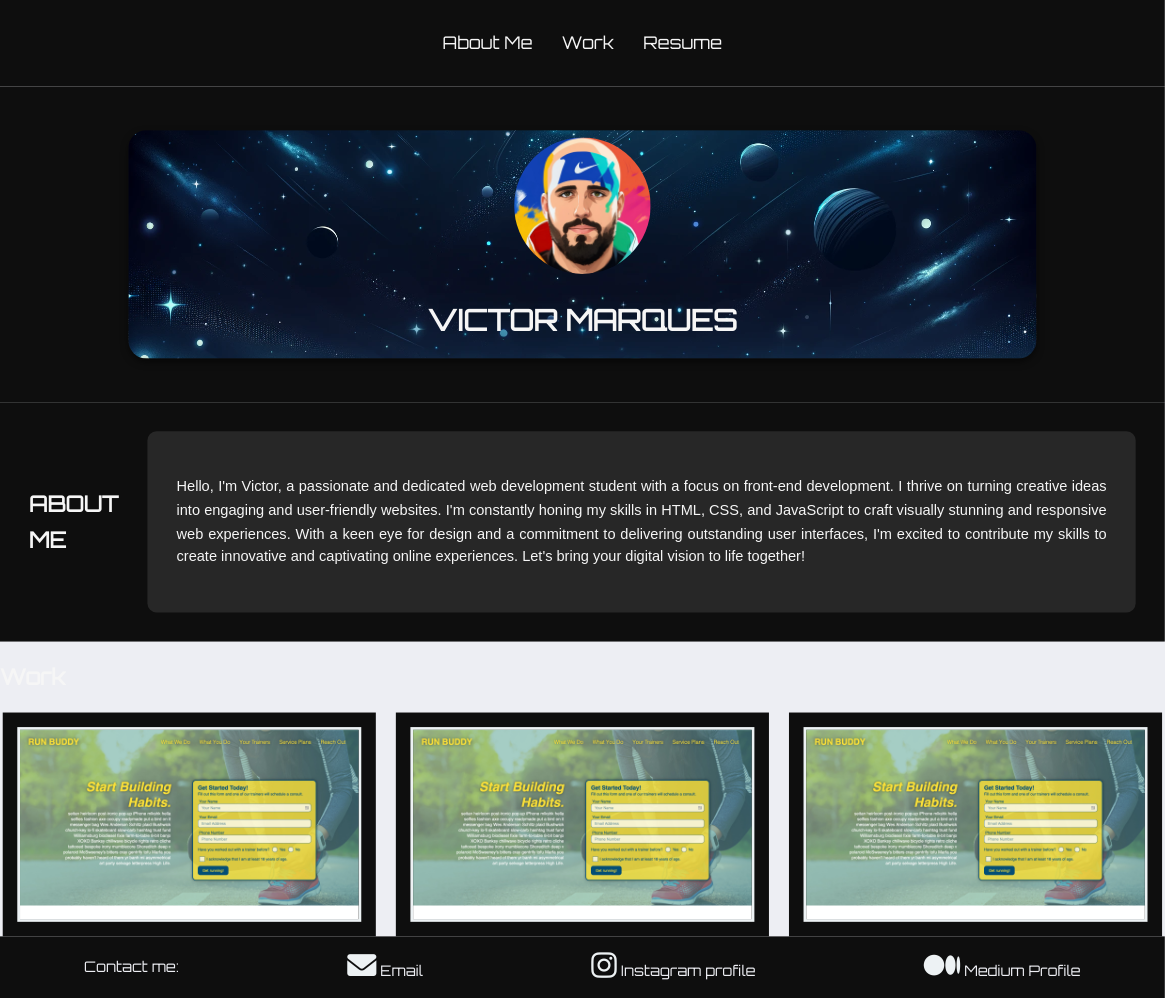
Repository: uvee35/Challenge2-Victor
Page: index.html
These files come from the project's save history. The page is drawn as it stood at one moment and after the next save; the edit follows.
The browser window is 1280 px wide. The pictures show the whole page, at 91% of full size.

Above is the page before, as saved 2023-12-12 20:52:07.

### index.html
<!DOCTYPE html>
<html lang="en-gb">
  <head>
    <meta charset="UTF-8" />
    <meta name="viewport" content="width=device-width, initial-scale=1.0" />
    <meta http-equiv="X-UA-Compatible" content="ie=edge" />
    <title>Victor Marques Portfolio</title>
    <link rel="stylesheet" href="assets/style.css" />
    <link
      href="https://cdnjs.cloudflare.com/ajax/libs/font-awesome/6.0.0-beta3/css/all.min.css"
      rel="stylesheet"
    />
    <link
      href="https://fonts.googleapis.com/css?family=Orbitron&display=swap"
      rel="stylesheet"
    />
  </head>

  <body>
    <header class="header">
      <nav class="header__nav">
        <ul class="nav__list">
          <li class="nav__item">
            <a href="#about-me" class="nav__link">About Me</a>
          </li>
          <li class="nav__item"><a href="#work" class="nav__link">Work</a></li>
          <li class="nav__item">
            <a href="#resume" class="nav__link">Resume</a>
          </li>
        </ul>
      </nav>
    </header>

    <section class="hero-banner">
      <div class="hero-banner__content">
        <img src="..///assets/victor.JPG" alt="Victor" class="about__image" />
        <h1>VICTOR MARQUES</h1>
      </div>
    </section>

    <main class="page-wrapper">
      <section id="about-me"></section>
      <section class="about-section">
        <h2 class="about-title">ABOUT ME</h2>
        <div class="about-box">
          <p class="about-me-text">
            Hello, I'm Victor, a passionate and dedicated web development
            student with a focus on front-end development. I thrive on turning
            creative ideas into engaging and user-friendly websites. I'm
            constantly honing my skills in HTML, CSS, and JavaScript to craft
            visually stunning and responsive web experiences. With a keen eye
            for design and a commitment to delivering outstanding user
            interfaces, I'm excited to contribute my skills to create innovative
            and captivating online experiences. Let's bring your digital vision
            to life together!
          </p>
        </div>
      </section>

      <section class="page-section" id="work">
        <h2>Work</h2>
        <div class="work__projects">
          <!-- Link wrapping the image -->
          <a href="your-destination-url" class="project project--featured">
            <img
              src="./assets/02-run-buddy.jpg"
              alt="Project Description"
              class="work__image"
            />
          </a>
          <a href="your-destination-url" class="project project--featured">
            <img
              src="./assets/02-run-buddy.jpg"
              alt="Project Description"
              class="work__image"
            />
            <a href="your-destination-url" class="project project--featured">
              <img
                src="./assets/02-run-buddy.jpg"
                alt="Project Description"
                class="work__image"
              />
            </a>
          </a>
        </div>
      </section>
    </main>

    <footer class="footer">
      <div class="footer__contact-info">
        <span class="footer__contact-header">Contact me: </span>
        <a href="mailto:victormarquesrina@hotmail.com" class="contact-link">
          <i class="fas fa-envelope social-icon"></i>
          <span>Email</span>
        </a>
        <a href="https://www.instagram.com/Uvee35" class="contact-link">
          <i class="fab fa-instagram social-icon"></i>
          <span>Instagram profile</span>
        </a>
        <a href="https://medium.com/@victor5.vm58" class="contact-link">
          <i class="fab fa-medium social-icon"></i>
          <span>Medium Profile</span>
        </a>
      </div>
    </footer>
  </body>
</html>

### assets/style.css
:root {
  --primary-color: #edeef3;
  --secondary-color: #0e0e0e;
  --accent-color: #edf2f4;
  --font-color: #f6f6f6;
  --font-family: 'Orbitron', sans-serif;
}

*,
*::before,
*::after {
  box-sizing: border-box;
}

body {
  font-family: var(--font-family);
  color: var(--font-color);
  background-color: var(--primary-color);
  line-height: 1.6;
  margin: 0;
  padding: 0;
  display: flex;
  flex-direction: column;
  min-height: 100vh;
}

.project {
  overflow: hidden;
}

.project:hover .work__image {
  transform: scale(1.05);
  transition: transform 0.3s ease;
}

.work__image {
  display: block;
  width: 100%;
  max-width: 300px;
  min-width: 100px;
  height: auto;
  transition: transform 0.3s ease;
  margin: 0 auto;
}

.header {
  display: flex;
  justify-content: center;
  align-items: center;
  padding: 1rem;
  background-color: #0e0e0e;
}

.nav__list {
  display: flex;
  justify-content: center;
  align-items: center;
  list-style: none;
  padding: 0;
}

.nav__item {
  margin: 0 1rem;
}

.nav__link {
  color: var(--font-color);
  text-decoration: none;
  font-size: 1.2rem;
}

.hero-banner {
  padding: 1rem;
  text-align: center;
  background-color: #0e0e0e;
}

.hero-banner__content {
  max-width: 600px;
  margin: auto;
  background-image: url('../assets/background.png');
  background-size: cover;
  background-position: center;
  padding: 0.5rem 0;
  text-align: center;
  display: flex;
  flex-direction: column;
  align-items: center;
  justify-content: center;
  border-radius: 20px;
  margin: 2rem;
  box-shadow: 0 4px 8px rgba(0, 0, 0, 0.5);
  width: 80%;
  max-width: 1200px;
  margin-left: auto;
  margin-right: auto;
}

.hero-banner h1 {
  font-size: 2rem;
  margin-bottom: 0.5rem;
}

.about__image {
  width: 150px;
  height: 150px;
  border-radius: 50%;
  object-fit: cover;
}

.about-section {
  background-color: var(--secondary-color);
  padding: 2rem;
  display: flex;
  justify-content: space-between;
  align-items: center;
}

.about-title {
  color: var(--font-color);
  font-size: 1.5rem;
  margin-right: 2rem;
}

.about-box {
  flex-grow: 1;
  background: rgba(255, 255, 255, 0.1);
  padding: 2rem;
  border-radius: 10px;
  color: var(--font-color);
  font-size: 1rem;
  text-align: justify;
  font-family: Arial, Helvetica, sans-serif;
}

.work__projects {
  display: flex;
  flex-wrap: wrap;
  gap: 1rem;
  justify-content: center;
}

.project {
  background-color: var(--secondary-color);
  padding: 1rem;
  width: calc(33.333% - 1rem);
  margin-bottom: 1rem;
}

.project--featured {
  max-width: 500px;
  margin: auto;
}

.project img {
  max-width: 100%;
  height: auto;
  border: 3px solid var(--accent-color);
}

.footer {
  background-color: var(--secondary-color);
  color: var(--primary-color);
  text-align: center;
  padding: 1rem 0;
  display: flex;
  justify-content: space-around;
  align-items: center;
  margin-top: auto;
}

.footer a {
  color: var(--primary-color);
  text-decoration: none;
}

.footer__contact-info {
  display: flex;
  justify-content: space-around;
  align-items: center;
  width: 100%;
}

.social-icon {
  font-size: 2rem;
  color: var(--accent-color);
}

/* Responsive adjustments for tablet devices */
@media (max-width: 768px) {
  .work__image {
    max-width: 150px;
  }

  .project {
    width: calc(50% - 1rem);
  }

  .project--featured {
    width: calc(66.666% - 1rem);
  }

  .about-box {
    width: 90%;
    padding: 1rem;
  }

  .footer__contact-info {
    flex-direction: column;
    gap: 1rem;
  }

  .social-icon {
    font-size: 2.5rem;
  }
}

/* Responsive adjustments for mobile devices */
@media (max-width: 480px) {
  .work__image {
    max-width: 100px;
  }

  .nav__list {
    flex-direction: column;
    align-items: center;
  }

  .nav__item {
    margin-bottom: 0.5rem;
  }

  .project,
  .project--featured {
    width: 100%;
  }

  .about-section {
    flex-direction: column;
    text-align: center;
  }

  .hero-banner__content {
    background-image: url('../assets/background.png');
  }

  .about-title {
    margin: 0 0 1rem 0;
  }

  .about-box {
    padding: 1rem;
  }

  .footer__contact-info {
    flex-direction: column;
    gap: 1rem;
  }

  .social-icon {
    font-size: 2.5rem;
  }
}

After the next save:
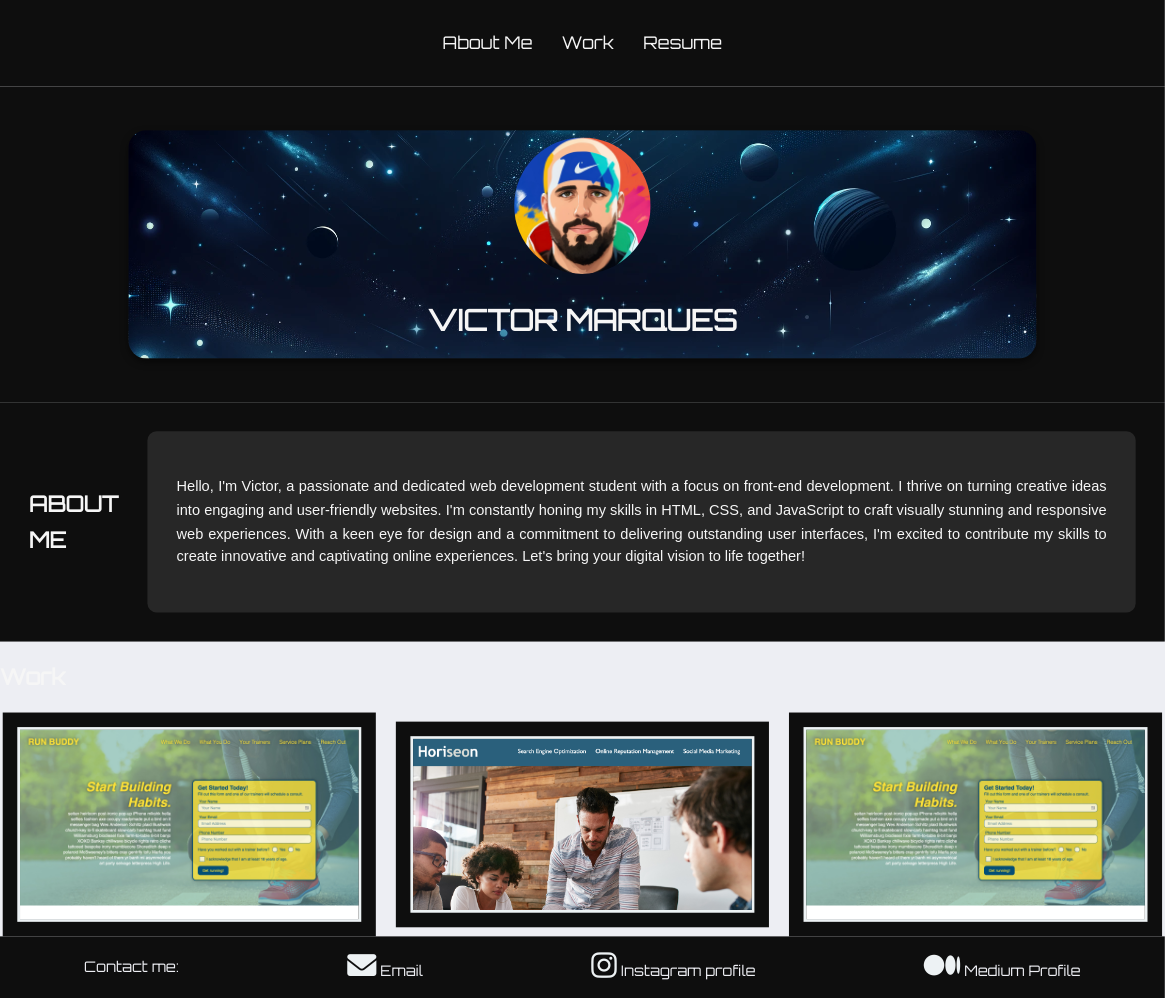
Saved 3 min 30 s later.
--- a/index.html
+++ b/index.html
@@ -70,7 +70,7 @@
           </a>
           <a href="your-destination-url" class="project project--featured">
             <img
-              src="./assets/02-run-buddy.jpg"
+              src="./assets/project.png"
               alt="Project Description"
               class="work__image"
             />
